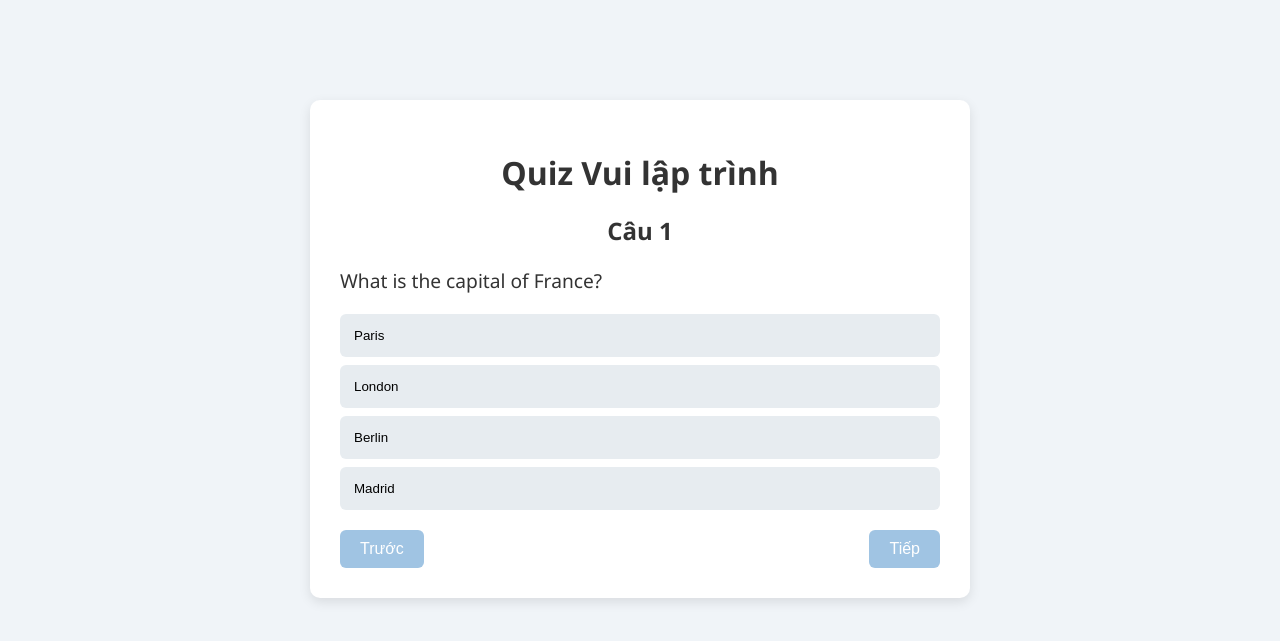
Repository: HuynhPPP/Quiz_App
Page: /
These files come from the project's save history. The page is drawn as it stood at one moment and after the next save; the edit follows.
The browser window is 1280 px wide. The pictures show the whole page.
The project was rebuilt for these pictures with package versions that can differ from the ones it lists, and the page was loaded fresh each time. Also part of the build but not shown: vite.config.js, src/components/Resutl.jsx, src/components/Review.jsx.

Above is the page before, as saved 2025-09-26 15:34:14.

After the next save:
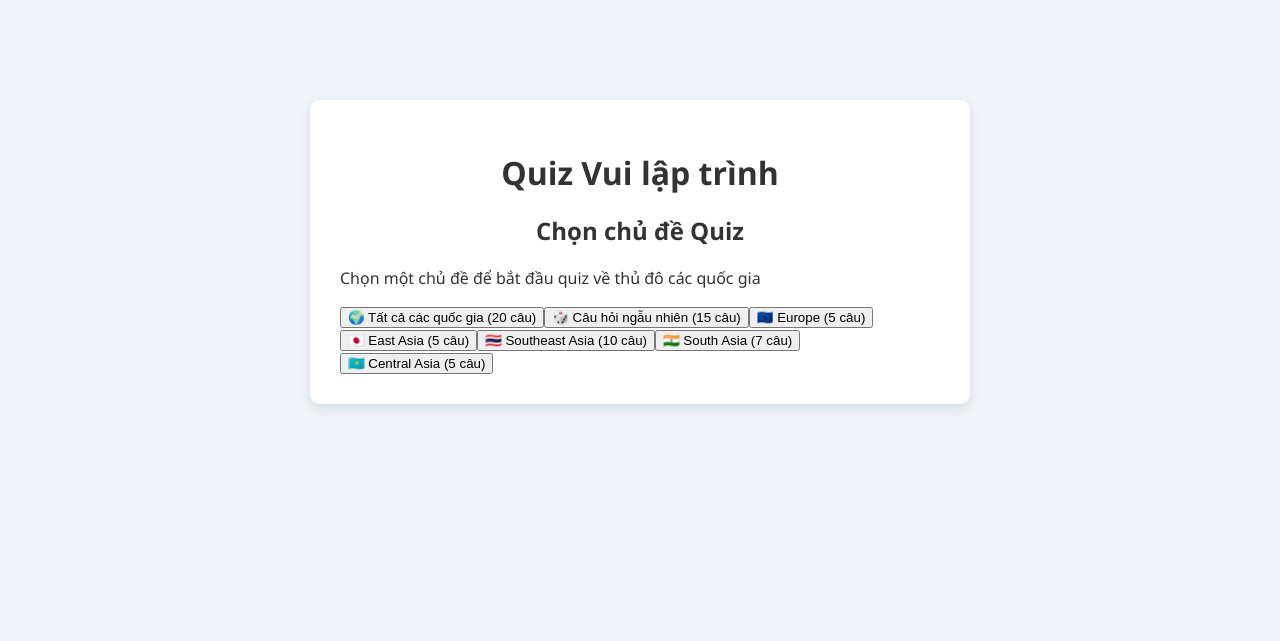
Saved 8 s later.
--- a/src/components/Quiz.jsx
+++ b/src/components/Quiz.jsx
@@ -87,7 +87,7 @@ const Quiz = () => {
 
     if (isReviewMode) {
         return <Review
-            quizData={quizData}
+            quizData={currentQuestions}
             userAnswers={userAnswer}
             handleBackToResult={handleBackToResult}
             handleRestartQuiz={handleResetQuiz}
@@ -97,10 +97,18 @@ const Quiz = () => {
     if (isQuizCompleted) {
         return <Resutl
             score={score}
-            totalQuestions={quizData.length}
+            totalQuestions={currentQuestions.length}
             handleReviewQuiz={handleReviewQuiz}
             handleResetQuiz={handleResetQuiz}
         />
+    }
+
+    if (showSelector) {
+        return <QuizSelector onStartQuiz={handleStartQuiz} />
+    }
+
+    if (currentQuestions.length === 0) {
+        return <div>Loading...</div>
     }
 
     return (
